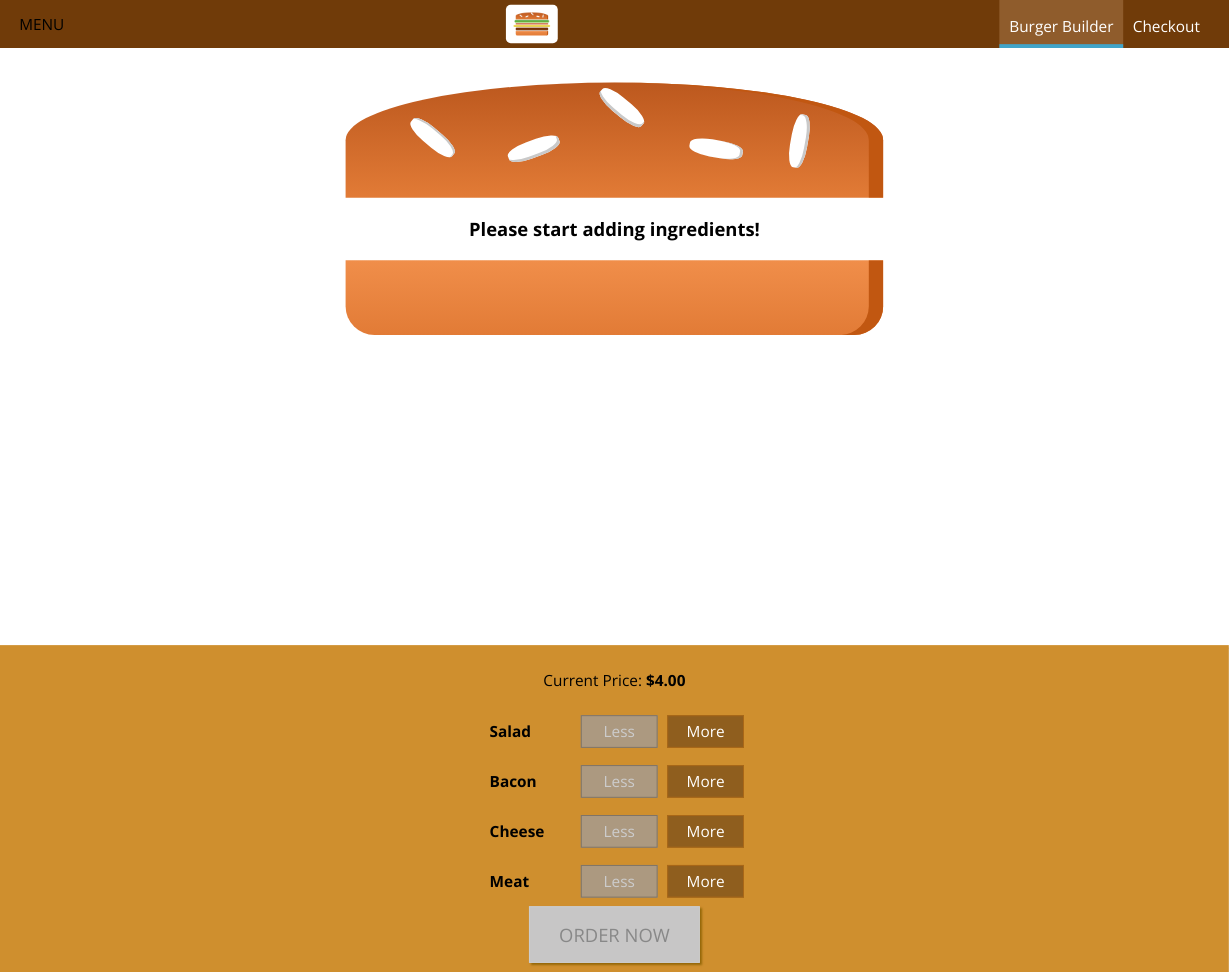
Repository: AbdulMutaal/Burger-Builder
Page: /
The author's editor kept a copy of each file at every save. The page is drawn from the files as they stood at one save, then again after the next save.
The browser window is 1280 px wide. The pictures show the whole page, at 96% of full size.
The project was rebuilt for these pictures with package versions that can differ from the ones it lists, and the page was loaded fresh each time.

Above is the page before, as saved 2021-12-08 16:15:40.

After the next save:
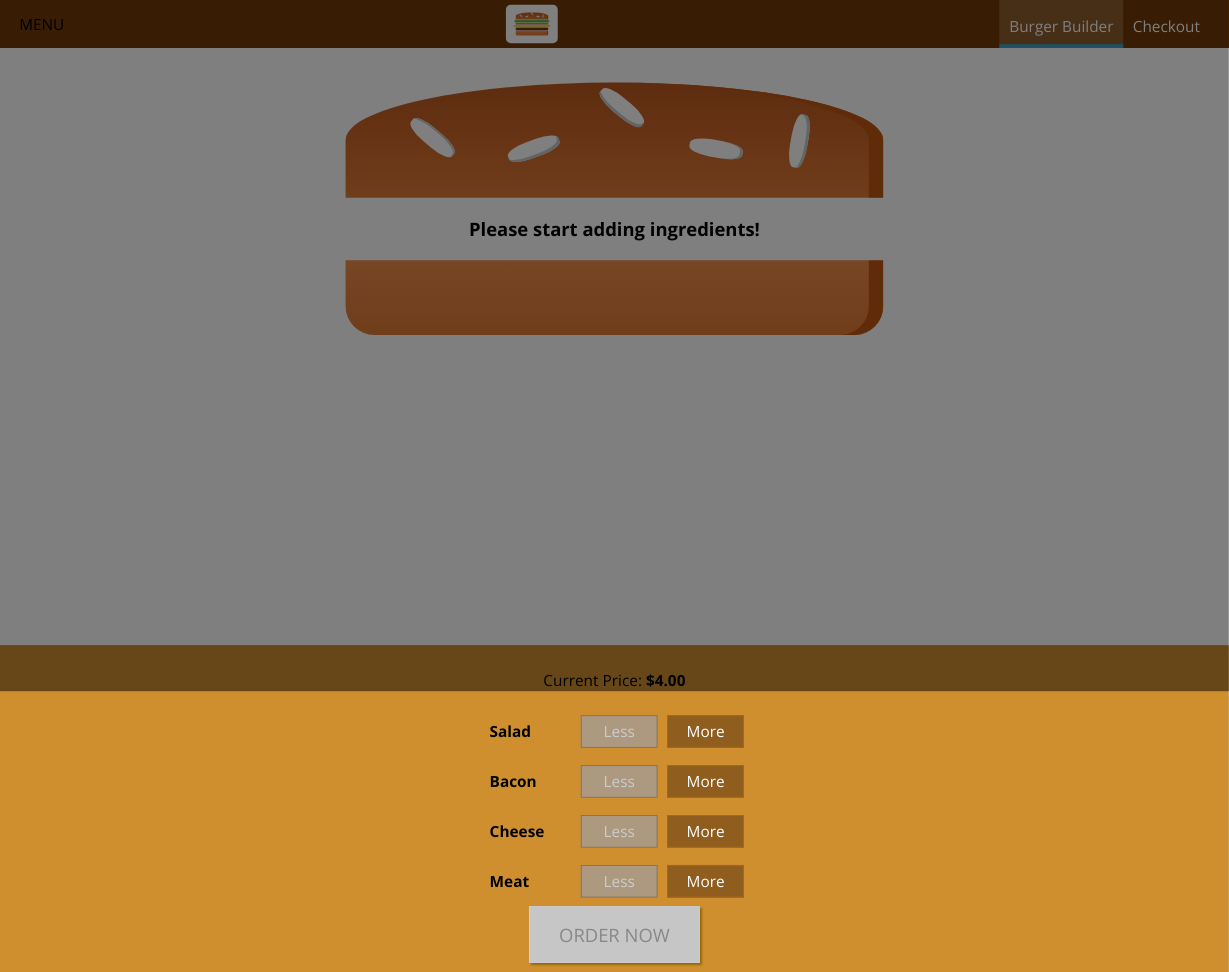
Saved 9 min 57 s later.
--- a/src/components/Navigation/SideDrawer/SideDrawer.js
+++ b/src/components/Navigation/SideDrawer/SideDrawer.js
@@ -3,17 +3,22 @@ import React from 'react';
 import Logo from '../../Logo/Logo';
 import NavigationItems from '../NavigationItems/NavigationItems';
 import classes from './SideDrawer.module.css';
+import Backdrop from '../../UI/Backdrop/Backdrop';
+import Auxiliary from '../../../hoc/Auxiliary';
 
 const sideDrawer = (props) => {
     return (
-        <div className={classes.SideDrawer}>
-            <div className={classes.Logo}>
-                <Logo />
+        <Auxiliary>
+            <Backdrop show />
+            <div className={classes.SideDrawer}>
+                <div className={classes.Logo}>
+                    <Logo />
+                </div>
+                <nav>
+                    <NavigationItems />
+                </nav>
             </div>
-            <nav>
-                <NavigationItems />
-            </nav>
-        </div>
+        </Auxiliary>
     );
 }
 
